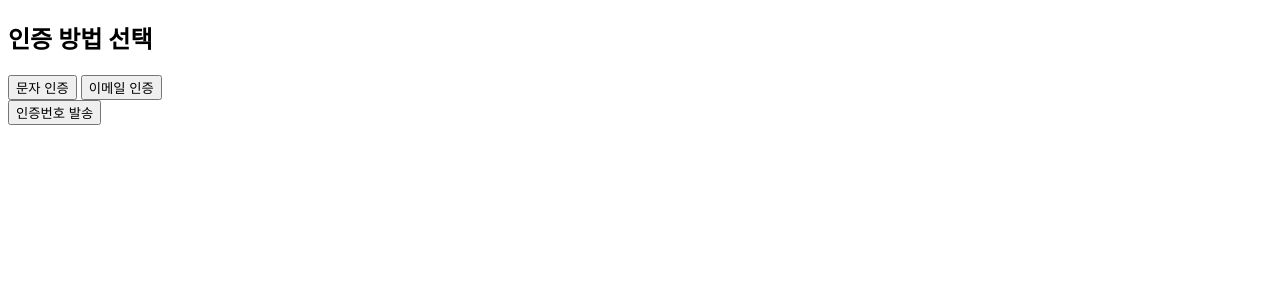
Repository: 0hmuse/day0330-2
Page: day0330-1/src/main/resources/static/test2.html
These files come from the project's save history. The page is drawn as it stood at one moment and after the next save; the edit follows.
The browser window is 1280 px wide. The pictures show the whole page.

Above is the page before, as saved 2020-03-30 08:11:31.

After the next save:
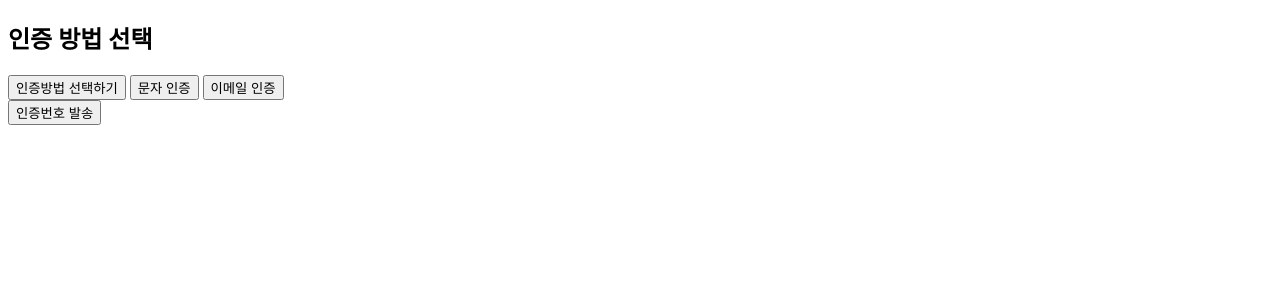
Saved 9 min 7 s later.
--- a/day0330-1/src/main/resources/static/test2.html
+++ b/day0330-1/src/main/resources/static/test2.html
@@ -6,6 +6,8 @@
 <script type="text/javascript" src="https://code.jquery.com/jquery-3.4.1.min.js"></script>
 <script type="text/javascript">
 $(function(){
+
+
 
 	$("#sms").click(function(){
 		$("#f").empty();
@@ -33,6 +35,7 @@ $(function(){
 </head>
 <body>
 <h2>인증 방법 선택</h2>
+<button id="sms">인증방법 선택하기</button>
 <button id="sms">문자 인증</button>
 <button id="email">이메일 인증</button>
 <form id="f">
